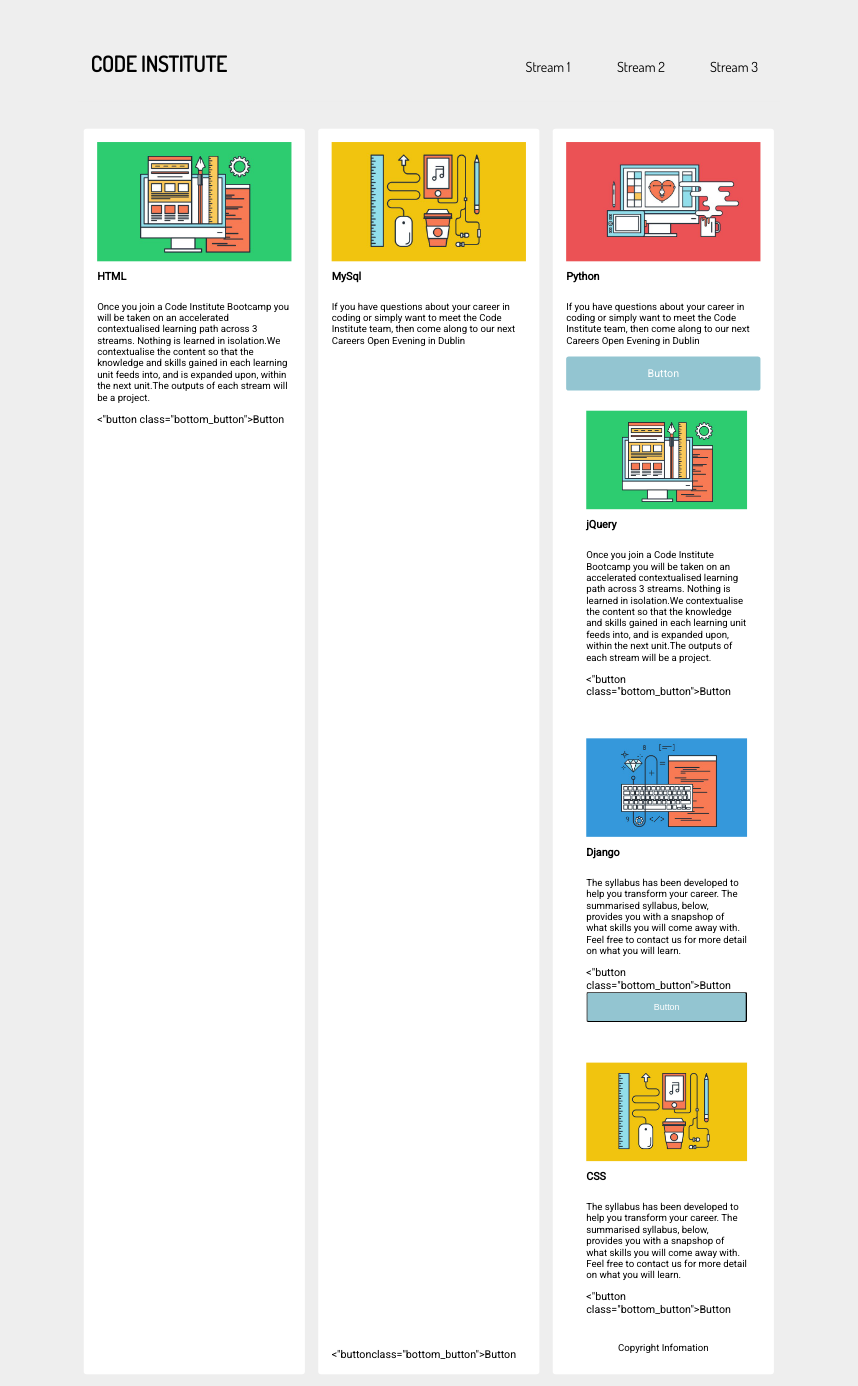
Repository: SOliv1/jquery-events
Page: index.html
The author's editor kept a record of every edit. The page is drawn from the files as they stood at one moment, then again after the next edit.
The browser window is 1280 px wide. The pictures show the whole page, at 67% of full size.
Some web libraries are served in a nearby version.

Above is the page before.

### index.html
<!DOCTYPE html>
<html lang="en">
<head>
    <meta charset="UTF-8">
    <meta name="viewport" content="width=device-width, initial-scale=1">
    <title>jQuery</title>
    <link href="style.css" rel="stylesheet">
    <link href='https://fonts.googleapis.com/css?family=Roboto' rel='stylesheet' type='text/css'>
    <link href='https://fonts.googleapis.com/css?family=Dosis' rel='stylesheet' type='text/css'>
    </head>
<body>
    <div id="container">
        <nav>
            <ul>
                <li id="logoNav">CODE INSTITUTE</li>
                <li id="stream1_btn">Stream 1</li>
                <li id="stream2_btn">Stream 2</li>
                <li id="stream3_btn">Stream 3</li>
            </ul>
        </nav>
        <div class="card stream1">
            <img class="card_image" src="img/3.png" alt="coding icon">
            <div class="card_bottom">
                <h2 class="card_head">HTML</h2>
                <p class="card_para">Once you join a Code Institute Bootcamp you will be taken on an accelerated contextualised learning path across 3 streams. Nothing is learned in isolation.We contextualise the content so that the knowledge and skills gained in each learning
                    unit feeds into, and is expanded upon, within the next unit.The outputs of each stream will be a project. </p>
                <"button class="bottom_button">Button</>
            </div>
        </div>
        <div class="card stream3">
            <img class="card_image" src="img/1.png" alt="coding icon">
            <h2 class="card_head">MySql</h2>
            <p class="card_para">If you have questions about your career in coding or simply want to meet the Code Institute team, then come along to our next Careers Open Evening in Dublin</p>
            <"buttonclass="bottom_button">Button</>
            </div>
        <div class="card stream2">
            <img class="card_image" src="img/2.png" alt="coding icon">
            <h2 class="card_head">Python</h2>
            <p class="card_para">If you have questions about your career in coding or simply want to meet the Code Institute team, then come along to our next Careers Open Evening in Dublin</p>
            <a href="" class="bottom_button">Button</a>
        <div class="card stream1">
            <img class="card_image" src="img/3.png" alt="coding icon">
            <div class="card_bottom">
                <h2 class="card_head">jQuery</h2>
                <p class="card_para">Once you join a Code Institute Bootcamp you will be taken on an accelerated contextualised learning path across 3 streams. Nothing is learned in isolation.We contextualise the content so that the knowledge and skills gained in each learning
                    unit feeds into, and is expanded upon, within the next unit.The outputs of each stream will be a project. </p>
                <"button class="bottom_button">Button</>
            </div>
        </div>
        <div class="card stream3">
            <img class="card_image" src="img/4.png" alt="coding icon">
            <h2 class="card_head">Django</h2>
            <p class="card_para">The syllabus has been developed to help you transform your career. The summarised syllabus, below, provides you with a snapshop of what skills you will come away with. Feel free to contact us for more detail on what you will learn.</p>
            <"button class="bottom_button">Button</>
            <button class="bottom_button" id="button_effects1">Button</button>
        </div>
        <div class="card stream1">
            <img class="card_image" src="img/1.png" alt="coding icon">
            <h2 class="card_head">CSS</h2>
            <p class="card_para">The syllabus has been developed to help you transform your career. The summarised syllabus, below, provides you with a snapshop of what skills you will come away with. Feel free to contact us for more detail on what you will learn.</p>
            <"button class="bottom_button">Button</>
        </div>
        <div id="my_footer">
            <p id="copyright">Copyright Infomation</p>
        </div>
    </div>
    <script src="https://code.jquery.com/jquery-3.2.1.js" integrity="sha256-DZAnKJ/6XZ9si04Hgrsxu/8s717jcIzLy3oi35EouyE=" crossorigin="anonymous"></script>
    <script src="script.js"></script>
    <!-- Scripts located at the bottom of the body to insure page is fully loaded before execution -->
</body>
</html>

### style.css
body {
	font-family: 'Roboto', sans-serif;
	/*background-image: url(img/code-institute.jpg);
 	background-size: cover;
 	color: #ffffff;*/
 	background-color: #eee;

}

h1{
	font-size: 3em;
	text-align: center;
}

h2 {
	font-size: 1em;
	text-align: left;

}



p {
	font-size: .9rem;
}



div {
	border-radius: 4px;
}

.card_image {
	width: 100%;

}

.bottom_button {
	display: flex;
	box-sizing:border-box;
	border-radius: 4px;
	display: block;
	width: 100%;
	background-color:rgba(129, 187, 201,.85);
	text-align: center;
	padding: 1em .75em;
	text-decoration: none;
	color: #fff;

}

.card_bottom {
	display: flex;
	flex-flow:column;
}

.card_head {
	flex:0;
}



.card_para {

	flex:1 0 auto;

}

#container {
	display: flex;		/* makes container a flexbox*/
	flex-flow: row wrap; 	/* layout the boxes in rows and wrap them*/
	box-sizing:border-box;
	margin-right:auto;
	margin-left:auto;
	max-width:1050px;
}

#logo {
	width: 800px;
	margin: auto;
}



.card {

	flex:1; /* */

	display: flex;	/* make the contents controllable by flexbox*/
	flex-flow:column;	/* */
	min-width: 240px; /**/
	margin: 10px;
	padding: 20px;
	background-color: #fff;
}

.highlight_stream {
	background-color: #EB5255;
}

#my_footer {
	width:100%;
	text-align: center;
}



#copyright {
	margin-top:10px;
	margin-bottom:10px;

}

/*************************

Navigation

**************************/

nav {

	font-family: roboto;
	background-color: #eee;
	margin: 30px auto;
	width: 100%;
}

ul {

	display: flex;

	justify-content:space-between;

	flex-flow: row;

	/*flex-flow: row-reverse;*/
	/*justify-content:flex-end;*/
	/*justify-content:space-around;*/
	/*align-items:flex-start;*/
	align-items:baseline;
	border-radius: 10px;
	list-style-type: none; /*Remove Bullets*/
	padding: 0;

}

li {
	flex:1;
	height: 30px;
	/*width:10%;*/
	/*border:2px solid #000;*/
	/*background-color: #81BBC9;*/
	/*border-radius: 10px;*/
	font-family: Dosis;
	padding:20px 20px 20px 20px;
	text-align: center;
	font-size: 1.3em;
}

#logoNav {
	flex:6;
	text-align: left;
	font-size: 2em;
	font-weight: bold;
}

.underline {
    text-decoration:underline;

}



.border {

    border: solid 5px #ccc;

}

@media screen and (max-width: 700px) {
	ul {
		flex-flow: column;
		align-items:center;
    }
	li {
		font-size: 2em;
	}

}

### script.js
$(document).ready(function() {
    -$("#stream1_btn").on("click", function() {
        $(".stream1").show();
        $(".stream1").show(1000);
        $("#button_effects1").click(function(){
        $('#button_effects1').hide('slow');
    });
 });

   $("#stream2_btn").on("click", function() {
        $(".stream1").removeClass('highlight_stream');
        $(".stream2").removeClass('highlight_stream');
        $(".stream3").removeClass('highlight_stream');
        $(".stream2").addClass('highlight_stream');
   });

    $("#stream3_btn").on("click", function() {
        $(".stream1").removeClass('highlight_stream');
        $(".stream2").removeClass('highlight_stream');
        $(".stream3").removeClass('highlight_stream');
        $(".stream3").addClass('highlight_stream');
    });
});

    $(document).ready(function() {
    $("#button_effects1").click(function(){
        $('#par1').toggle('1000');
    });
    $("#button_effects2").click(function(){
        $('#par2').toggle('1000');
    });
    $("#button_effects3").click(function(){
        $('#par3').toggle('1000');
    });
    $("#button_effects4").click(function(){
        $('#par4').toggle('1000');
    });
    $("#button_effects5").click(function(){
        $('#par5').toggle('1000');
    });
    $("#button_effects6").click(function(){
        $('#par6').toggle('1000');
    });
});

    $(document).ready(function() {
    // Create the slideToggle effects each of the paragraphs and
    // buttons
    $("#button_effects1").click(function(){
        $('#par1').slideToggle('1000');
    });
    $("#button_effects2").click(function(){
        $('#par2').slideToggle('1000');
    });
    $("#button_effects3").click(function(){
        $('#par3').slideToggle('1000');
    });
    $("#button_effects4").click(function(){
        $('#par4').slideToggle('1000');
    });
    $("#button_effects5").click(function(){
        $('#par5').slideToggle('1000');
    });
    $("#button_effects6").click(function(){
        $('#par6').slideToggle('1000');
    });
});

// Use the fadeTo effect when the mouse hovers over a specific button
    // and fadeTo again when the mouse is no longer hovering over the button

    $("#button_effects1").mouseenter(function(){
        $('#button_effects1').fadeTo(1000, 0.5);
    });
    $("#button_effects1").mouseleave(function(){
        $('#button_effects1').fadeTo(1000, 1);
    });
    $("#button_effects2").mouseenter(function(){
        $('#button_effects2').fadeTo(1000, 0.5);
    });
    $("#button_effects2").mouseleave(function(){
        $('#button_effects2').fadeTo(1000, 1);
    });
    $("#button_effects3").mouseenter(function(){
        $('#button_effects3').fadeTo(1000, 0.5);
    });
    $("#button_effects3").mouseleave(function(){
        $('#button_effects3').fadeTo(1000, 1);
    });
    $("#button_effects4").mouseenter(function(){
        $('#button_effects4').fadeTo(1000, 0.5);
    });
    $("#button_effects4").mouseleave(function(){
        $('#button_effects4').fadeTo(1000, 1);
    });
    $("#button_effects5").mouseenter(function(){
        $('#button_effects5').fadeTo(1000, 0.5);
    });
    $("#button_effects5").mouseleave(function(){
        $('#button_effects5').fadeTo(1000, 1);
    });
    $("#button_effects6").mouseenter(function(){
        $('#button_effects6').fadeTo(1000, 0.5);
    });
    $("#button_effects6").mouseleave(function(){
        $('#button_effects6').fadeTo(1000, 1);
    });
//waits until page is loaded first

    $(document).ready(function(){
    //applies colour red to paragraphs when clicked on
    $("p").click(function(){
        $("p").addClass("highlight_text");
    });
});

//will add lightblue to h2 elements

    $("h2").hover(function(){
        $("h2").addClass( "h2_color");
    });

    /*
    this will apply larger font size to the active h2 element
    by adding the h2_font_size class but
    not the other h2 elements by removing class h2_font_size from them
    */

    $("#hr_html").hover(function(){
        $("#hr_mysql").removeClass("h2_font_size");
        $("#hr_python").removeClass("h2_font_size");
        $("#hr_jquery").removeClass("h2_font_size");
        $("#hr_django").removeClass("h2_font_size");
        $("#hr_css").removeClass("h2_font_size");
        $("#hr_mysql").removeClass("h2_font_size");
        $("#hr_html").addClass("h2_font_size");
    });

    $("#hr_css").hover(function(){
        $("#hr_mysql").removeClass("h2_font_size");
        $("#hr_python").removeClass("h2_font_size");
        $("#hr_jquery").removeClass("h2_font_size");
        $("#hr_django").removeClass("h2_font_size");
        $("#hr_html").removeClass("h2_font_size");
        $("#hr_css").addClass("h2_font_size");
    });


    //applies colour black to body background when mouse enters over buttons


    $(".bottom_button").mouseenter(function(){
        $("body").css( "background-color", "black");
    });

    //applies colour grey to body background when mouse leaves buttons

    $(".bottom_button").mouseleave(function(){
        $("body").css( "background-color", "#eee");
    });

After the next edit:
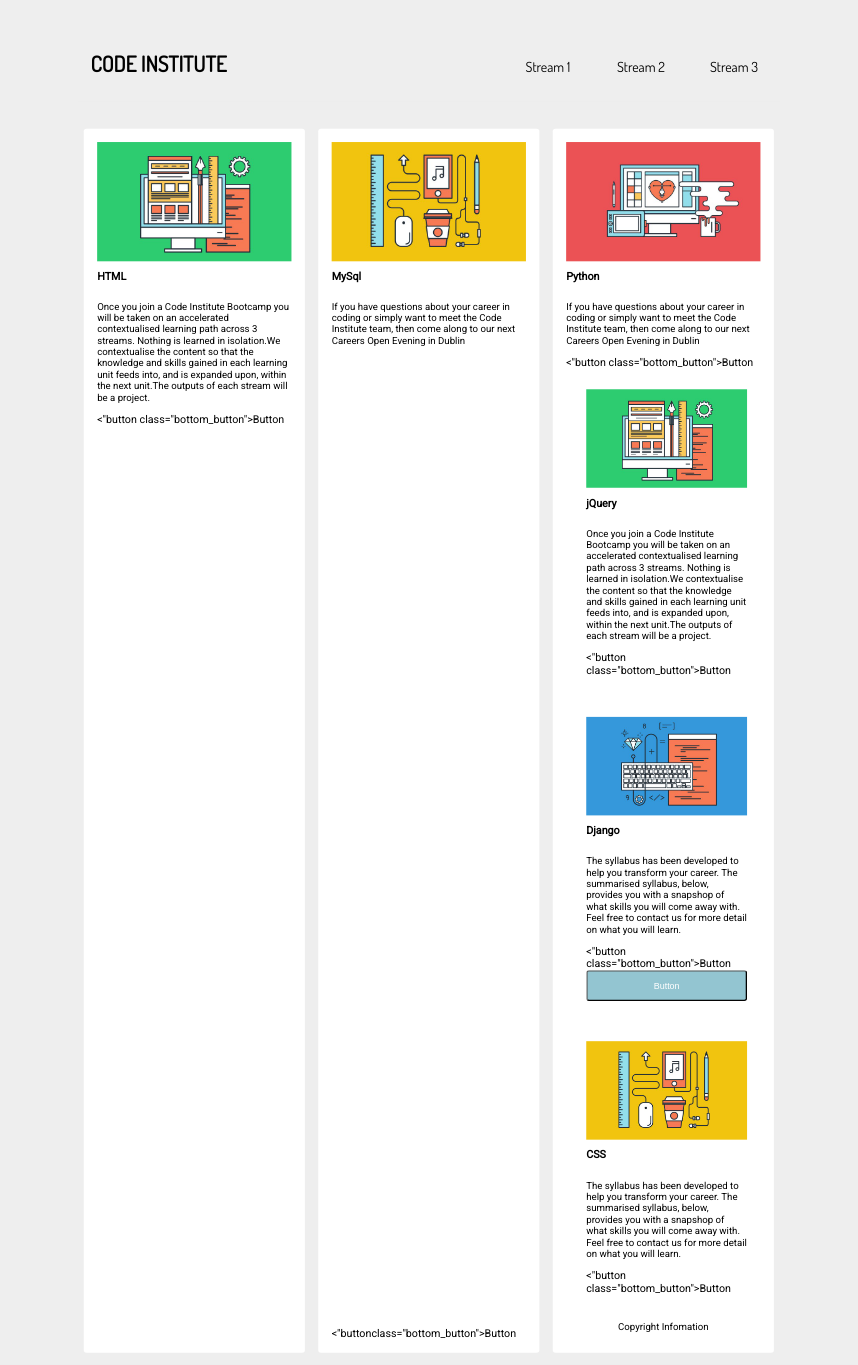
The edit:
--- a/index.html
+++ b/index.html
@@ -37,7 +37,7 @@
             <img class="card_image" src="img/2.png" alt="coding icon">
             <h2 class="card_head">Python</h2>
             <p class="card_para">If you have questions about your career in coding or simply want to meet the Code Institute team, then come along to our next Careers Open Evening in Dublin</p>
-            <a href="" class="bottom_button">Button</a>
+            <"button class="bottom_button">Button</>
         <div class="card stream1">
             <img class="card_image" src="img/3.png" alt="coding icon">
             <div class="card_bottom">
